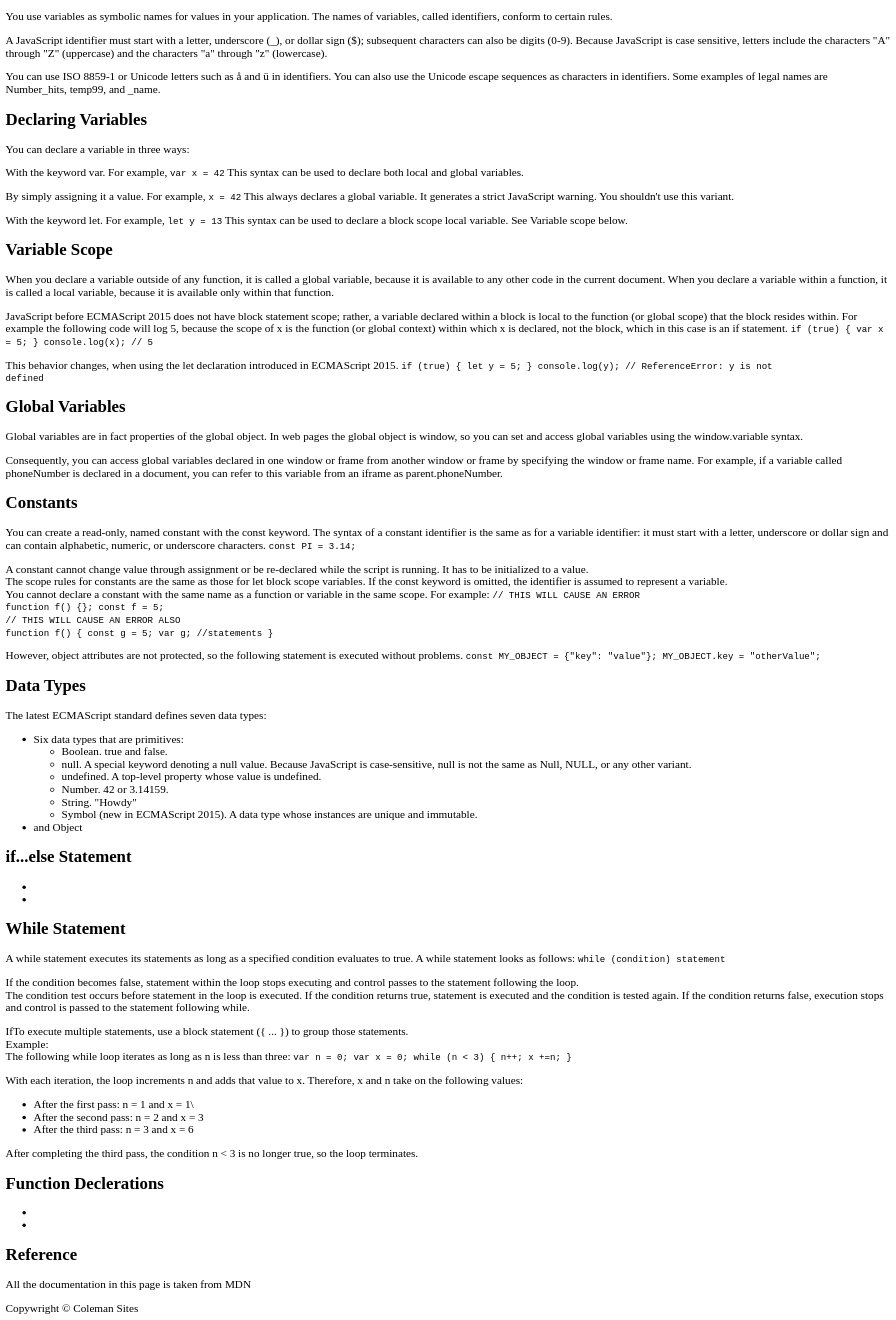
Repository: ctcoleman/technicalDocumentationPage
Page: index.html
These files come from the project's save history. The page is drawn as it stood at one moment and after a run of saves; the edit follows.
The browser window is 1280 px wide. The pictures show the part of the page from y = 1177 to 3097 px (the page is 3063 px tall before and 3097 px after), at 70% of full size.

Above is the page before, as saved 2020-07-09 22:19:13.

After the next 2 saves:
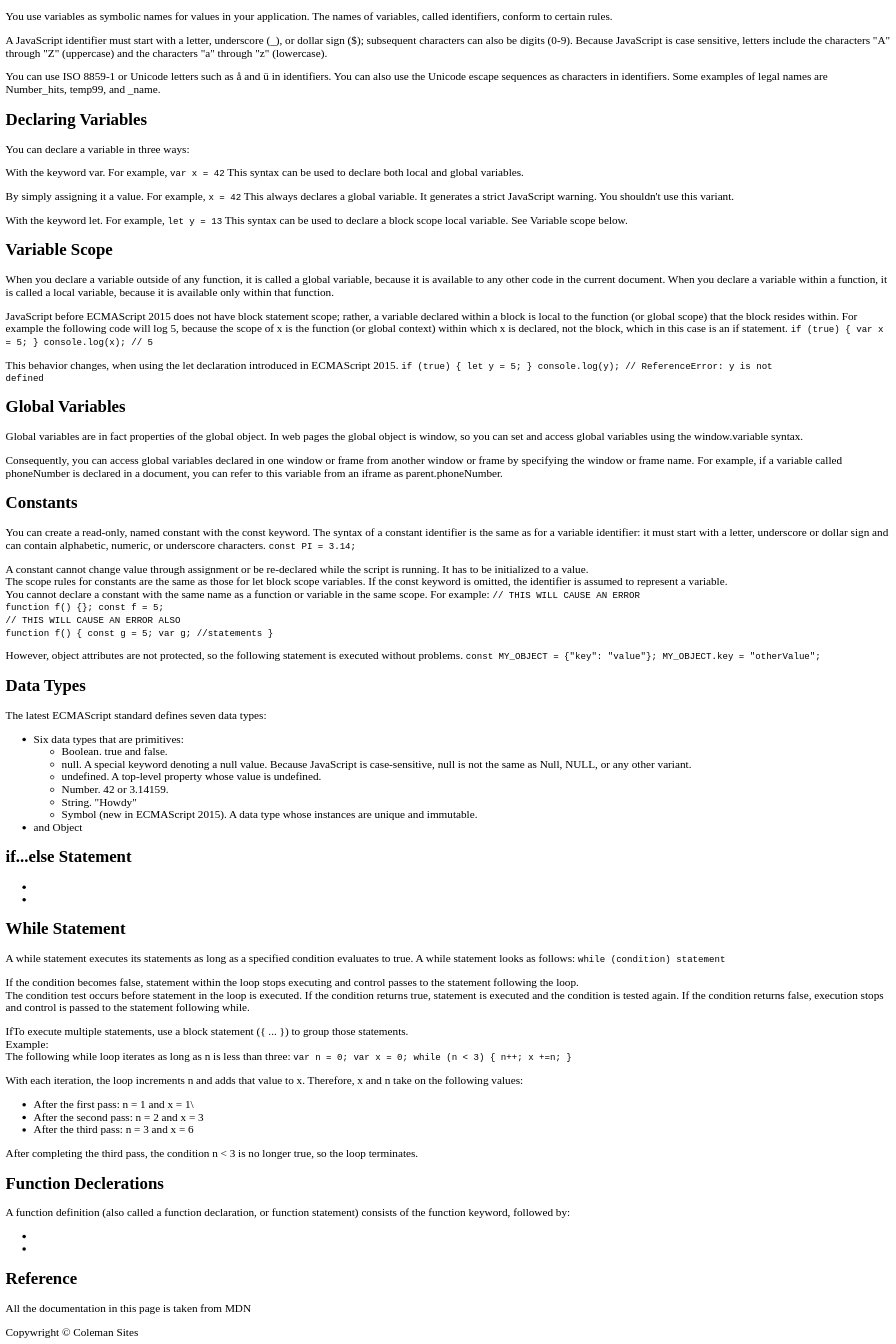
The 2 saves are shown as one change because they came seconds apart.
The last was saved 6 s later.
--- a/index.html
+++ b/index.html
@@ -355,7 +355,8 @@
       <h2 class="topic-header">Function Declerations</h2>
       <article>
         <p>
-
+          A function definition (also called a function declaration, or function statement) consists of the function keyword,
+          followed by:
         <ul>
           <li></li>
           <li></li>
